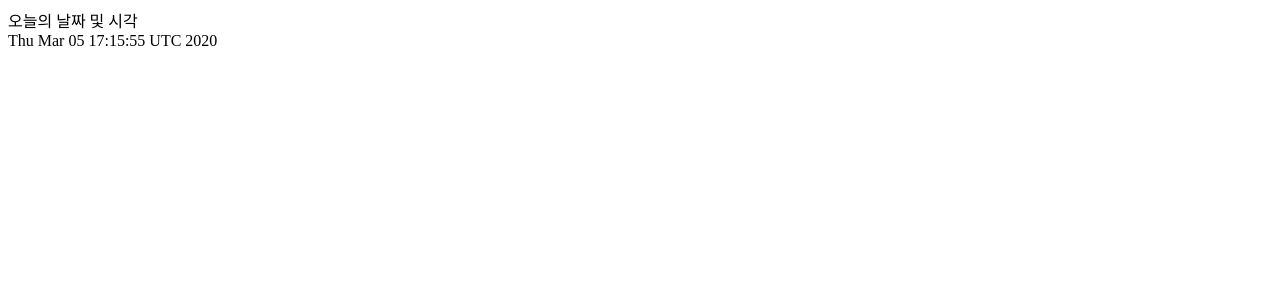
Repository: pojh5090/JspProgramming
Page: http://localhost/JSPBook/ch05/out02.jsp
The author's editor kept a copy of each file at every save. The page is drawn from the files as they stood at one save, then again after the next save.
The browser window is 1280 px wide. The pictures show the whole page.
The page is served by Tomcat 9.

Above is the page before, as saved 2020-04-11 09:00:10.

After the next save:
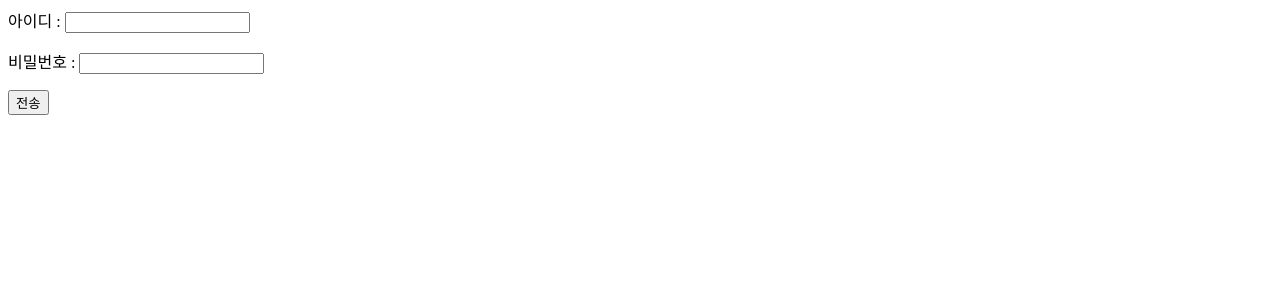
Saved 2 min 26 s later.
--- a/JSPBook/WebContent/ch05/out02.jsp
+++ b/JSPBook/WebContent/ch05/out02.jsp
@@ -7,9 +7,10 @@
 <title>Implicit Objects</title>
 </head>
 <body>
-	<%
-		out.println("오늘의 날짜 및 시각" + "<br>");
-		out.println(java.util.Calendar.getInstance().getTime());
-	%>
+	<form action="out02_process.jsp" method="post">
+		<p> 아이디 : <input type="text" name="id">
+		<p> 비밀번호 : <input type="text" name="passwd">
+		<p> <input type="submit" value="전송" />
+	</form>
 </body>
 </html>
